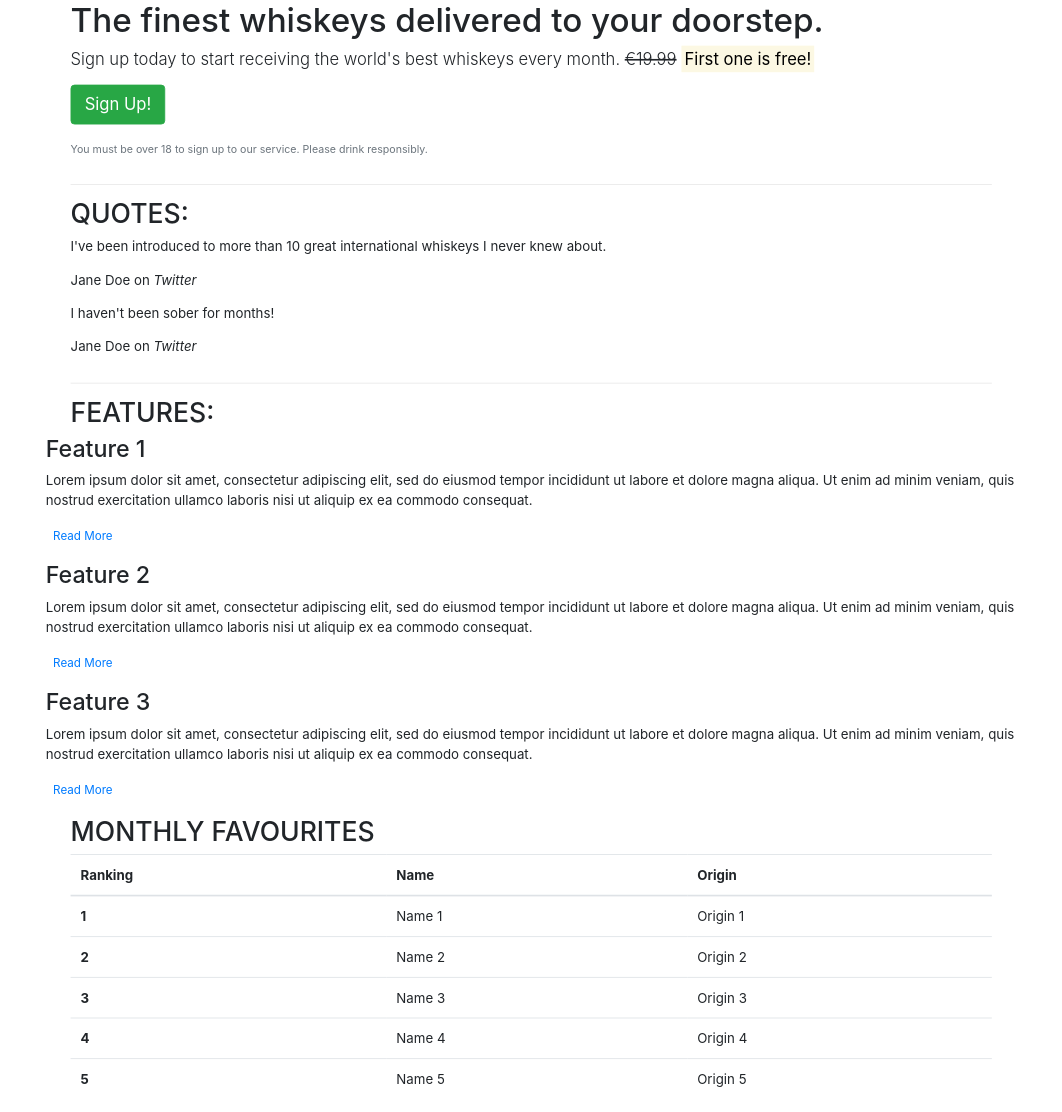
Repository: ElaineArchbold/bootstrap_landing_page1
Page: index.html
The author's editor kept a record of every edit. The page is drawn from the files as they stood at one moment, then again after the next edit.
The browser window is 1280 px wide. The pictures show the whole page, at 83% of full size.

Above is the page before.

### index.html
<!DOCTYPE html>
<html lang="en-us">

<head>
    <meta charset="utf-8">
    <meta name="viewport" content="width=device-width, initial-scale=1.0">
    <title>Whiskey Drop | Taste a new whiskey every month</title>
    <link rel="stylesheet" href="https://maxcdn.bootstrapcdn.com/bootstrap/4.1.3/css/bootstrap.min.css">
</head>

<body>
    <article class="container">
        <!-- Callout -->
        <div class="row">
            <div class="col-12">
                <section class="callout">
                    <h1>The finest whiskeys delivered to your doorstep.</h1>
                    <p class="lead">Sign up today to start receiving the world's best whiskeys every month. <s>€19.99</s> <strong><mark>First one is free!</mark></strong></p>
                    <p><button class="btn btn-lg btn-success">Sign Up!</button></p>
                    <p class="text-muted"><small>You must be over 18 to sign up to our service. Please drink responsibly.</small></p>
                </section>
            </div>
        </div>
        <!-- /.callout -->
        <hr>

        <!-- Quotes -->
        <section class="quotes">
            <div class="row">
                <div class="col-12">
                    <h2 class="text-uppercase">Quotes:</h2>
                </div>
            </div>
            <div class="row">
                <div class="col-12">
                    <blockquote class="quote">
                        <p>I've been introduced to more than 10 great international whiskeys I never knew about.</p>
                        <footer>Jane Doe on <cite title="Twitter">Twitter</cite></footer>
                    </blockquote>
                </div>
                <div class="col-12">
                    <blockquote class="quote">
                        <p>I haven't been sober for months!</p>
                        <footer>Jane Doe on <cite title="Twitter">Twitter</cite></footer>
                    </blockquote>
                </div>
            </div>
        </section>
        <!-- /.quotes -->
        <hr>

        <!-- Features -->
        <section class="features">
            <div class="row">
                <div class="col-12">
                <h2 class="text-uppercase">Features:</h2>
            </div>
            <div class="row">
                <div class="feature">
                    <h3>Feature 1</h3>
                    <p>Lorem ipsum dolor sit amet, consectetur adipiscing elit, sed do eiusmod tempor incididunt ut labore et dolore magna aliqua. Ut enim ad minim veniam, quis nostrud exercitation ullamco laboris nisi ut aliquip ex ea commodo consequat.</p>
                    <p><a class="btn btn-sm btn-default" href="">Read More</a></p>
                </div>
                <div class="feature">
                    <h3>Feature 2</h3>
                    <p>Lorem ipsum dolor sit amet, consectetur adipiscing elit, sed do eiusmod tempor incididunt ut labore et dolore magna aliqua. Ut enim ad minim veniam, quis nostrud exercitation ullamco laboris nisi ut aliquip ex ea commodo consequat.</p>
                    <p><a class="btn btn-sm btn-default" href="">Read More</a></p>
                </div>
                <div class="feature">
                    <h3>Feature 3</h3>
                    <p>Lorem ipsum dolor sit amet, consectetur adipiscing elit, sed do eiusmod tempor incididunt ut labore et dolore magna aliqua. Ut enim ad minim veniam, quis nostrud exercitation ullamco laboris nisi ut aliquip ex ea commodo consequat.</p>
                    <p><a class="btn btn-sm btn-default" href="">Read More</a></p>
                </div>
            </div>
        </section>
        <!-- /.features -->

        <section class="monthly-favourites">

            <h2 class="text-uppercase">Monthly Favourites</h2>
            <table class="table">
                <thead>
                    <tr>
                        <th scope="col">Ranking</th>
                        <th scope="col">Name</th>
                        <th scope="col">Origin</th>
                    </tr>
                </thead>
                <tbody>
                    <tr>
                        <th scope="row">1</th>
                        <td>Name 1</td>
                        <td>Origin 1</td>
                    </tr>
                    <tr>
                        <th scope="row">2</th>
                        <td>Name 2</td>
                        <td>Origin 2</td>
                    </tr>
                    <tr>
                        <th scope="row">3</th>
                        <td>Name 3</td>
                        <td>Origin 3</td>
                    </tr>
                    <tr>
                        <th scope="row">4</th>
                        <td>Name 4</td>
                        <td>Origin 4</td>
                    </tr>
                    <tr>
                        <th scope="row">5</th>
                        <td>Name 5</td>
                        <td>Origin 5</td>
                    </tr>
                </tbody>
            </table>

        </section>
    </article>
</body>

</html>

After the next edit:
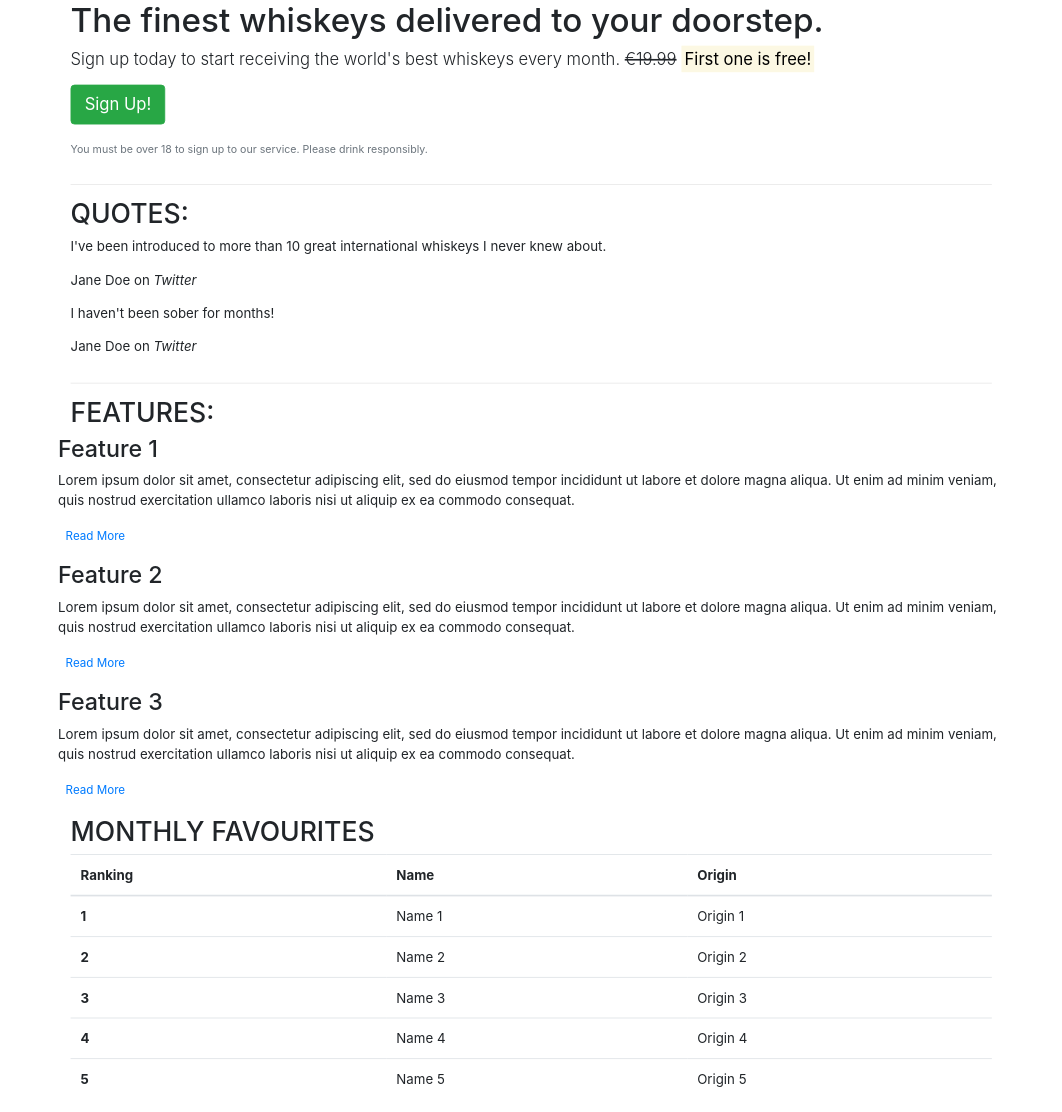
The edit:
--- a/index.html
+++ b/index.html
@@ -53,7 +53,8 @@
         <section class="features">
             <div class="row">
                 <div class="col-12">
-                <h2 class="text-uppercase">Features:</h2>
+                    <h2 class="text-uppercase">Features:</h2>
+                </div>
             </div>
             <div class="row">
                 <div class="feature">
